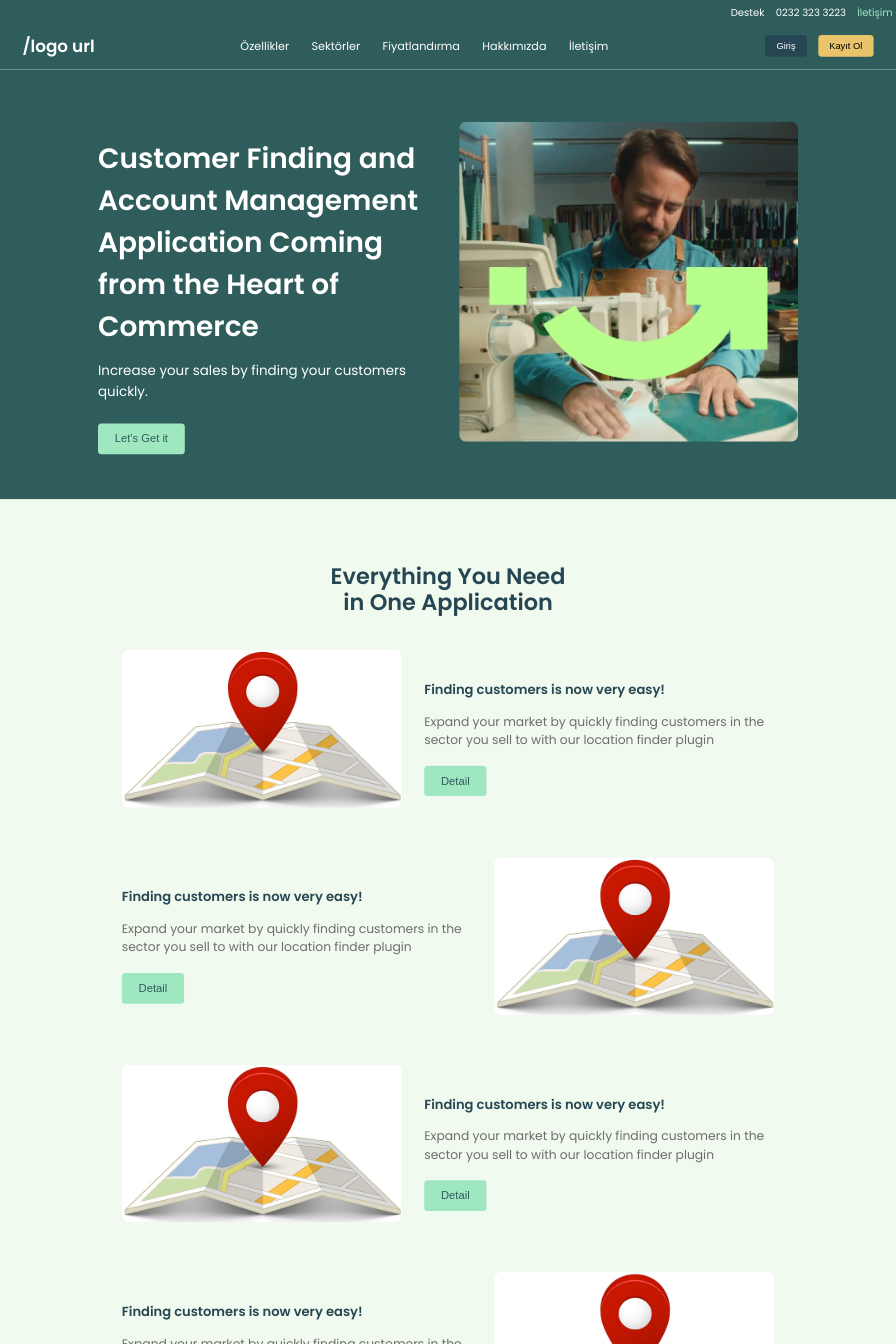
Repository: senolinanyasar/myrouteapplication
Page: /features
These files come from the project's save history. The page is drawn as it stood at one moment and after the next save; the edit follows.
The browser window is 1280 px wide. The pictures show the part of the page from y = 0 to 1920 px (the page is 3720 px tall), at 70% of full size.
The project was rebuilt for these pictures with package versions that can differ from the ones it lists, and the page was loaded fresh each time. Also part of the build but not shown: vite.config.js.

Above is the page before, as saved 2024-11-14 20:54:44.

### src/index.css
@import url('https://fonts.googleapis.com/css2?family=Poppins:wght@400;600&display=swap');

body {
  font-family: 'Poppins', sans-serif;
  color: #264653;
  background-color: #f1faee;
  margin: 0;
  padding: 0;
  box-sizing: border-box;
}

code {
  font-family: source-code-pro, Menlo, Monaco, Consolas, 'Courier New',
    monospace;
}

### src/App.js
import React from 'react';
import HomePage from './components/HomePage';

function App() {
  return (
    <div className="App">
      <HomePage/>
    </div>
  );
}

export default App;

### src/components/HomePage.js
// HomePage.js
import React from 'react';
import TopBar from './TopBar';
import Header from './Header';
import HeroSection from './HeroSection';
import FeaturesSection from './FeaturesSection';
import PricingSection from './PricingSection';
import IndustriesSection from './IndustriesSection';
import SupportSection from './SupportSection';
import Footer from './Footer';

const HomePage = () => {
    return (
        <div>
            <TopBar />
            <Header />
            <HeroSection />
            <FeaturesSection />
            <IndustriesSection />
            <SupportSection />
            <PricingSection />
            <Footer />
        </div>
    );
};

export default HomePage;

### src/components/TopBar.js
// TopBar.js
import React from 'react';
import './TopBar.css';

const TopBar = () => {
    return (
        <div className="top-bar">
            <div className="top-bar-content">
                <span>Destek</span>
                <span>0232 323 3223</span>
                <a href="#contact">İletişim</a>
            </div>
        </div>
    );
};

export default TopBar;

### src/components/Header.js
// Header.js
import React from 'react';
import './Header.css';

const Header = () => {
    return(
        <header className="header">
            <div className="header-logo">/logo url</div>
            <nav className="header-nav">
                <a href="#features">Özellikler</a>
                <a href="#industries">Sektörler</a>
                <a href="#pricing">Fiyatlandırma</a>
                <a href="#about">Hakkımızda</a>
                <a href='#contact'>İletişim</a>
            </nav>
            <div className="header-buttons">
                <button className="login-button">Giriş</button>
                <button className="register-button">Kayıt Ol</button>
            </div>
        </header>
    );
};


export default Header;

### src/components/HeroSection.js
// HeroSection.js
import React from 'react';
import './HeroSection.css';
import herosectionimage from '../images/hero1.webp';

const HeroSection = () =>{
    return(
        <section className="hero">
            <div className='hero-content'>
                <div className='hero-text'>
                    <h2>Customer Finding and Account Management Application Coming from the Heart of Commerce</h2>
                    <p>Increase your sales by finding your customers quickly.</p>
                    <button className='cta-button'>Let's Get it</button>
                </div>
                <div className='hero-image'>
                    <img src={herosectionimage} alt="Hero"/>
                </div>
            </div>
        </section>
    );
};

export default HeroSection;

### src/components/FeaturesSection.js
// FeaturesSection.js
import React from 'react';
import './FeaturesSection.css';
import locationImage from '../images/location.jpg';

const FeaturesSection = () => {
    return (
        <section className="features-section">
            <h2 className='features-title'>Everything You Need <br /> in One Application</h2>
            <div className='feature'>
                <div className='feature-text'>
                    <h3>Finding customers is now very easy!</h3>
                    <p>Expand your market by quickly finding customers in the sector you sell to with our location finder plugin</p>

                <button className='cta-button'>Detail</button>
            </div>
            <div className='feature-image'>
            <img src={locationImage} alt="Location Feature" />
            </div>
            </div>

            <div className='feature'>
                <div className='feature-text'>
                    <h3>Finding customers is now very easy!</h3>
                    <p>Expand your market by quickly finding customers in the sector you sell to with our location finder plugin</p>

                <button className='cta-button'>Detail</button>
            </div>
            <div className='feature-image'>
            <img src={locationImage} alt="Location Feature" />
            </div>
            </div>
            <div className='feature'>
                <div className='feature-text'>
                    <h3>Finding customers is now very easy!</h3>
                    <p>Expand your market by quickly finding customers in the sector you sell to with our location finder plugin</p>

                <button className='cta-button'>Detail</button>
            </div>
            <div className='feature-image'>
            <img src={locationImage} alt="Location Feature" />
            </div>
            </div>
            <div className='feature'>
                <div className='feature-text'>
                    <h3>Finding customers is now very easy!</h3>
                    <p>Expand your market by quickly finding customers in the sector you sell to with our location finder plugin</p>

                <button className='cta-button'>Detail</button>
            </div>
            <div className='feature-image'>
            <img src={locationImage} alt="Location Feature" />
            </div>
            </div>
        </section>
    );
};

export default FeaturesSection;

### src/components/PricingSection.js
// PricingSection.js
import React from "react";
import './PricingSection.css';

const PricingSection = () => {
    return (
        <section className="pricin-section">
          <div className="price-content">
          <h2>Affordable Prices for Those Who Know Their Worth at My Route Application!</h2>
          <button className="cta-button">Check Prices</button>
          </div>
      </section>
    );
};

export default PricingSection;

### src/components/IndustriesSection.js
// IndustriesSection.js
import React from "react";
import './IndustriesSection.css';

const IndustriesSection = () => {
    return (
        <section className="industries">
            <h2>Hizmet Verdiğimiz Sektörler</h2>
            <div className="industry-cards">
                <div className="industry-card">
                    <h3>Toptancı</h3>
                    <p>Toptancı işletmelerinin operasyonlarını kolaylaştırmaya yardımcı olmak.</p>
                </div>
            </div>
        </section>
    );
};

export default IndustriesSection;

### src/components/SupportSection.js
//SupportSection.js
import React from "react";
import './SupportSection.css';
import supportImage from '../images/supportimage.jpg';


const SupportSection = () =>{
    return (
        <section className="support-section">
            <div className="support-content">
                <div className="support-text">
                <h2>We're Here for You When You Need Us!</h2>
          <p>We care about your business as much as you do.</p>
          <p>Whenever you need support, we are just a phone call away!</p>
          <button className="cta-button">Contact Us</button>
                </div>
                <div className="support-image">
                <img src={supportImage} alt="Support Team" />
                </div>
            </div>
        </section>
    );
};

export default SupportSection;

### src/components/Footer.js
// Footer.js

import React from 'react';
import './Footer.css';
import { FaFacebook, FaInstagram, FaLinkedin, FaTwitter, FaYoutube } from 'react-icons/fa';

const Footer = () => {
    return (
        <footer className="footer">
            <div className='footer-container'>
                {/* Logo ve Adres */}
                <div className='footer-logo-section'>
                    <h2 className='footer-logo'>MyRouteApp</h2>
                    <p>Şirket Adres : İZMİR</p>
                    <div className='social-icons'>
                        <FaFacebook />
                        <FaTwitter />
                        <FaInstagram />
                        <FaLinkedin />
                        <FaYoutube />
                    </div>
                </div>

                {/* Site Haritası */}
                <div className="footer-links">
                    <h3>Özellikler</h3>
                    <ul>
                        <li>-----------</li>
                        <li>-----------</li>
                        <li>-----------</li>
                        <li>-----------</li>
                        <li>-----------</li>
                        <li>-----------</li>
                    </ul>
                </div>

                <div className="footer-links">
                    <h3>Şirket</h3>
                    <ul>
                        <li>-----------</li>
                        <li>-----------</li>
                        <li>-----------</li>
                        <li>-----------</li>
                    </ul>
                </div>

                <div className="footer-links">
                    <h3>Hakkımızda</h3>
                    <ul>
                        <li>Gizlilik Koşulları</li>
                        <li>KVKK Aydınlatma Metni</li>
                    </ul>
                </div>
            </div>

            <div className="footer-bottom">
                <p>&copy; 2024 Tüm hakları saklıdır.</p>
            </div>
        </footer>
    );
};

export default Footer;

### src/components/TopBar.css
/* TopBar.css */

.top-bar {
    background-color: #2f5d5b;
    color: white;
    padding: 0.5rem;
    font-size: 0.9rem;
    display: flex;
    justify-content: center;
    position: fixed;
    top: 0;
    width: 99%;
    z-index: 1000;
}
.top-bar-content {
    display: flex;
    gap: 1rem;
    align-items: center;
    justify-content: flex-end;
    width: 100%;
}

.top-bar-content span{
    color: #ffffff;
}
.top-bar-content a{
    color: #9fe7c0;
    text-decoration: none;
    transition: color 0.3s;
}

.top-bar-content a:hover{
    color: #c3f2d0;
}

### src/components/Header.css
/* Header.css */
.header{
    display: flex;
    justify-content: space-between;
    align-items: center;
    padding: 1rem 2rem;
    background-color: #2f5d5b;
    color: white;
    margin-top: 2rem;
    position: sticky;
    top: 2rem;
    z-index: 999;
}


.header-logo {
    font-size: 1.5rem;
    font-weight: bold;
}
.header-nav a{
    margin: 0 1rem;
    color: white;
    text-decoration: none;
}
.header-nav a:hover {
    color: #e9c46a;
  }

.header-buttons button{
    margin-left: 1rem;
    padding: 0.5rem 1rem;
    border: none;
    border-radius: 5px;
}

.login-button{
    background-color: #264653;
    color: white;
}

.register-button{
    background-color: #e9c46a;
    color: black;
}

### src/components/HeroSection.css
.hero {
    padding: 4rem 2rem;
    background-color: #2f5d5b;
    color: white;

}

.hero-content {
    display: flex;
    align-items: center;
    justify-content: space-between;
    max-width: 1000px;
    margin: 0 auto;
}

.hero-text {
    flex: 1;
    margin-right: 2rem;
}

.hero h2 {
    font-size: 2.5rem;
    margin-bottom: 1rem;

}

.hero p {
    font-size: 1.2rem;
    margin-bottom: 2rem;

}

.cta-button {
    padding: 0.8rem 1.5rem;
    font-size: 1rem;
    color: #2f5d5b;
    background-color: #9fe7c0;
    border: none;
    border-radius: 5px;
    cursor: pointer;
    transition: background-color 0.3s ease;
}

.cta-button:hover {
    background-color: #c3f2d0;
}

.hero-image {
    flex: 1;
    max-width: 500px;
    height: auto;

}

.hero-image img {
    width: 100%;
    height: auto;
    object-fit: cover;
    border-radius: 10px;
}

### src/components/FeaturesSection.css
/* FeaturesSection.css */
.features-section {
    padding: 4rem 2rem;
    text-align: center;
}

.features-title {
    font-size: 2rem;
    font-weight: 600;
    color: #264653;
    margin-bottom: 3rem;
    line-height: 1.2;
}



.feature {
    display: flex;
    align-items: center;
    justify-content: center;
    gap: 2rem;
    margin-bottom: 4rem;
    flex-direction: row;
}

.feature:nth-child(even) {
    flex-direction: row-reverse;
}

.feature-text {
    flex: 1;
    max-width: 500px;
    text-align: left;
}

.features h3 {
    font-size: 1.8rem;
    font-weight: 600;
    color: #264653;
    margin-bottom: 1rem;
}

.feature-text p {
    font-size: 1.1rem;
    color: #6d6d6d;
    margin-bottom: 1.5rem;
}

.cta-button {
    padding: 0.8rem 1.5rem;
    font-size: 1rem;
    color: #2f5d5b;
    background-color: #9fe7c0;
    border: none;
    border-radius: 5px;
    cursor: pointer;
    transition: background-color 0.3s ease;
    text-align: center;
}

.cta-button:hover {
    background-color: #c3f2d0;
}

.feature-image {
    flex: 1;
    max-width: 400px;
    height: auto;
}

.feature-image img {
    width: 100%;
    height: auto;
    object-fit: cover;
    border-radius: 10px;
}

### src/components/PricingSection.css
/* PricingSection.css */

.pricin-section{
    background-color: #f0fdeb;
    padding: 4rem 2rem;
    text-align: center;
}
.price-content{
    max-width: 800px;
    margin:  0 auto;
}

.price-content h2{
    font-size: 2rem;
    font-weight: 600;
    color: #264653;
    margin-bottom: 1.5rem;
}

.cta-button {
    padding: 0.8rem 1.5rem;
    font-size: 1rem;
    color: #2f5d5b;
    background-color: #9fe7c0;
    border: none;
    border-radius: 5px;
    cursor: pointer;
    transition: background-color 0.3s ease;
  }

  .cta-button:hover {
    background-color: #c3f2d0;
  }

### src/components/IndustriesSection.css
/* IndustriesSection.css */

.industries {
    padding: 3rem;
    background-color: #264653;
    color: white;
    text-align: center;
}

.industries h2{
    font-size: 2rem;
    margin-bottom: 2rem;
}

.industries-cards{
    display: flex;
    justify-content: space-around;
    flex-wrap: wrap;
}

.industries-card{
    background-color: #2a9d8f;
    padding: 1.5rem;
    border-radius: 10px;
    width: 250px;
    margin: 1rem;
    box-shadow: 0px 4px 8px rgba(0, 0, 0, 0,2);
    transition: transform 0.3s ease;
}

.industries-card:hover{
    transform: translateY(-5px);
}

### src/components/SupportSection.css
/*SupportSection.css */
.support-section{
    background-color: #f9fafb;
    padding: 4rem 2rem;
    display: flex;
    justify-content: center;
    align-items: center;
}

.support-content{
    display: flex;
    align-items: center;
    justify-content: space-between;
    max-width: 1200px;
    gap: 2rem;
}

.support-text{
    flex: 1;
    max-width: 500px;
    text-align: left;
}
.support-text h2{
    font-size: 2rem;
    color: #264653;
    margin-bottom: 1rem;
}

.support-text p {
    font-size: 1.1rem;
    color: #6d6d6d;
    margin-bottom: 1rem;
  }

  .cta-button {
    padding: 0.8rem 1.5rem;
    font-size: 1rem;
    color: #2f5d5b;
    background-color: #9fe7c0;
    border: none;
    border-radius: 5px;
    cursor: pointer;
    transition: background-color 0.3s ease;
  }

  .cta-button:hover {
    background-color: #c3f2d0;
  }

  .support-image {
    flex: 1;
    max-width: 500px;
  }

  .support-image img {
    width: 100%;
    height: auto;
    object-fit: cover;
    border-radius: 10px;
  }

### src/components/Footer.css
/* Footer.css */

.footer {
    background-color: #2f5d5b;
    color: white;
    padding: 3rem 2rem;
}
.footer-container{
    display: flex;
    flex-wrap: wrap;
    justify-content: space-around;
    gap: 2rem;
}

.footer-logo-seciton{
    max-width: 200px;
}

.footer-logo{
    font-size: 1.5rem;
    margin-bottom: 1rem;
}
.footer-logo-seciton p{
    margin-bottom: 1rem;
}
.social-icons{
    display: flex;
    gap: 0.5rem;
}
.social-icons svg:hover{
    color: #9fe7c0;
}
.footer-links{
    max-width: 150px;
}
.footer-links h3{
    font-size: 1.2rem;
    margin-bottom: 1rem;
}
.footer-links ul{
    list-style: none;
    padding: 0;
}
.footer-links ul li {
    margin-bottom: 0.5rem;
    cursor: pointer;
    transition: color 0.3s;
}
.footer-links ul li:hover{
    color: #9fe7c0;
}

.footer-bottom {
    text-align: center;
    margin-top: 2rem;
    font-size: 0.9rem;
    border-top: 1px solid #9fe7c0;
    padding-top: 1rem;
}

Loaded but not shown: public/index.html (common file); src/index.js (common file); src/reportWebVitals.js (common file)

After the next save:
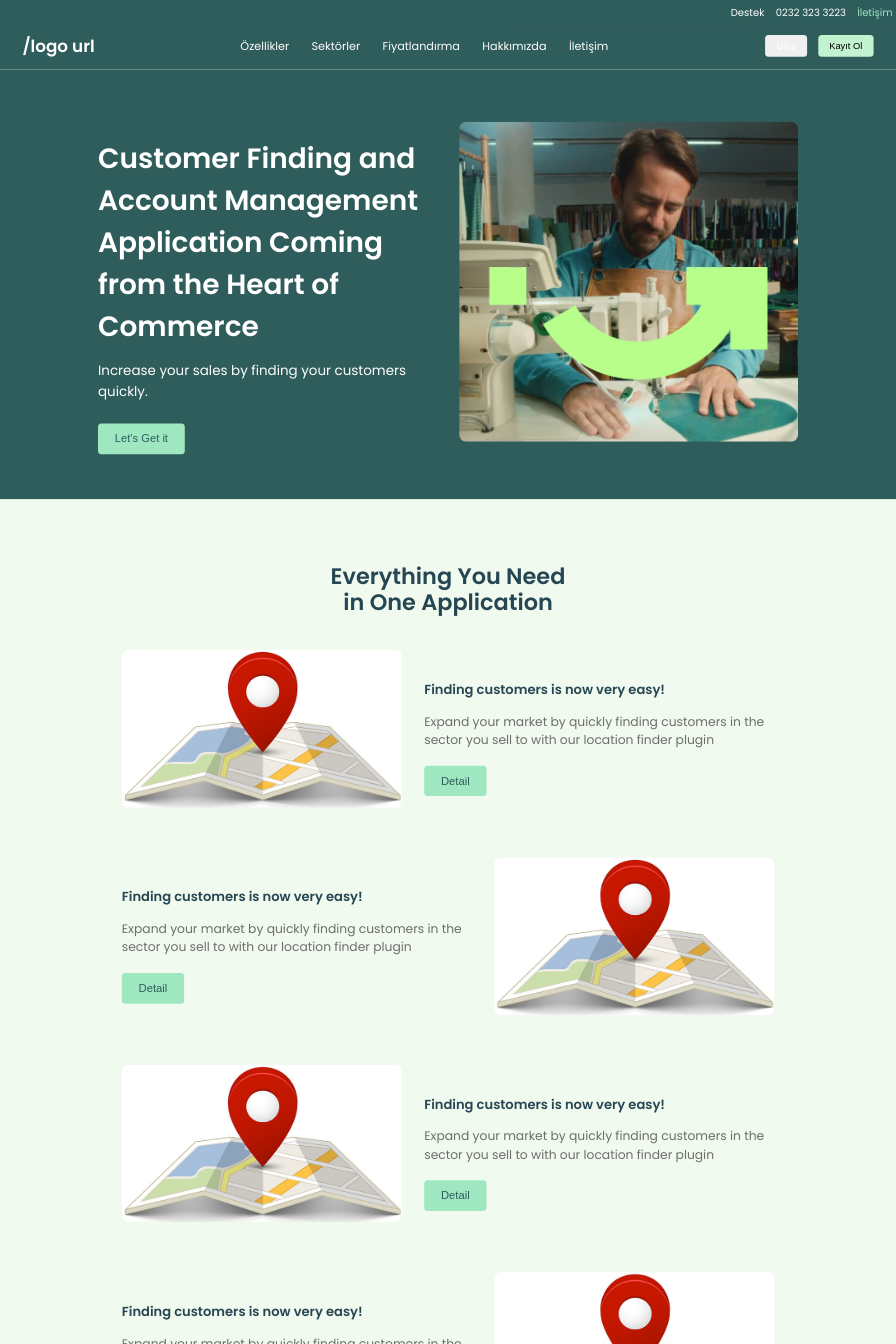
Saved 115 s later.
--- a/src/components/Header.css
+++ b/src/components/Header.css
@@ -34,11 +34,11 @@
 }
 
 .login-button{
-    background-color: #264653;
+
     color: white;
 }
 
 .register-button{
-    background-color: #e9c46a;
+    background-color: #c3f2d0;
     color: black;
 }
